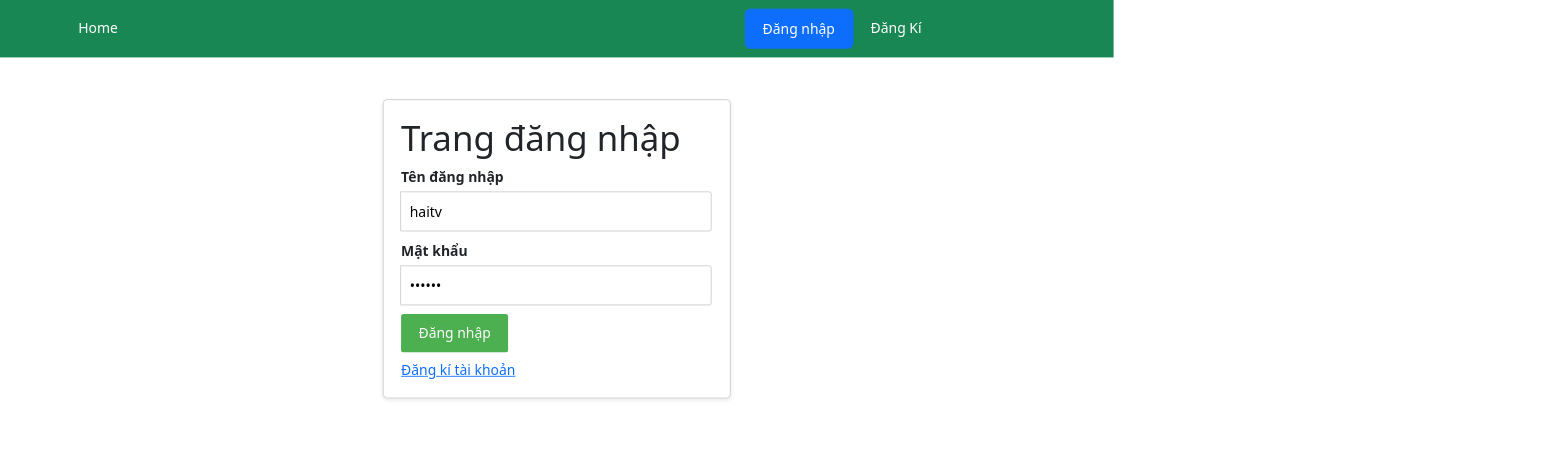
Repository: tung1999zxc/vue-project
Page: /login
The author's editor kept a copy of each file at every save. The page is drawn from the files as they stood at one save, then again after the next save.
The browser window is 1280 px wide. The page is 1280 px wide, then 1801 px, so the pictures cover 1801 px, including what lies to the right of the window. The pictures show the whole page, at 87% of full size.
The project was rebuilt for these pictures with package versions that can differ from the ones it lists, and the page was loaded fresh each time. Also part of the build but not shown: vite.config.ts, src/components/test.vue, src/views/HomeView.vue, src/components/Regis.vue.

Above is the page before, as saved 2023-08-01 10:02:40.

### src/main.js


import { createApp } from 'vue'
import { createPinia } from 'pinia'


import App from './App.vue'
import router from './router/index'
// import store from './store'


import 'bootstrap/dist/css/bootstrap.css'

const app = createApp(App)
app.use(createPinia())
app.use(router)
// app.use(store)
app.mount('#app')

### src/App.vue
<template>
  <Menu/>
  <router-view></router-view>


</template>
<script setup lang="ts">
import axios from 'axios';
import { RouterLink, RouterView } from 'vue-router'
import Menu from './components/Menu.vue'


//import login from './components/login.vue'

// export default {
//   components: {
//     Menu,login2
//   },
// };

</script>

<style scoped>

</style>

### src/router/index.js
import { createRouter, createWebHistory } from 'vue-router'
import HomeView from '../views/HomeView.vue'
import Login from '../components/Login.vue'
import Regis from '../components/Regis.vue'

const router = createRouter({
  history: createWebHistory(import.meta.env.BASE_URL),
  routes : [
    {path: '/',component: HomeView,},
    {path: '/login',component:Login,},
    {path: '/Regis',component: Regis,},


  ]
})

export default router

### src/components/Menu.vue
<template>
    <div class="menu bg-success">
      <ul class="">
        <li><router-link to="/">Home</router-link></li>

        <li v-if="!isAuthenticated" class="ml-auto btn border-primary bg-primary" style="margin-left : 700px;">
         <router-link to="/Login">Đăng nhập</router-link>
         </li>
        <li v-else class="ml-auto btn border-primary bg-primary" style="margin-left : 700px;">
         <a @click="logoutUser">Đăng xuất</a>
         </li>

        <li><router-link to="/Regis">Đăng Kí</router-link></li>
      </ul>
    </div>
  </template>

  <script>
  import 'bootstrap/dist/css/bootstrap.css';
  import { mapGetters } from 'vuex';
  export default {
    computed: {
    ...mapGetters('auth', ['isAuthenticated']), // Sử dụng getter isAuthenticated từ Vuex module auth
  },
    data() {
        return {
        //    token: localStorage.getItem('token'),
           isAuthenticated: null,
        }
    },

    methods: {

        checkAuthentication() {
      // Kiểm tra xem mã thông báo JWT đã tồn tại trong localStorage hay không
      const token = localStorage.getItem('token');
      // Hoặc bạn có thể sử dụng Vuex nếu bạn đang lưu trữ mã thông báo JWT trong Vuex
      // const token = this.$store.state.token;

      // Nếu tồn tại mã thông báo JWT và không hết hạn, xác định rằng người dùng đã đăng nhập
      if (token) {
        // Phân tích mã thông báo JWT để xem liệu nó còn hợp lệ hay đã hết hạn
        // Nếu mã thông báo hợp lệ, người dùng đã đăng nhập
        return true;
      } else {
        // Nếu không tồn tại mã thông báo JWT hoặc mã thông báo đã hết hạn, người dùng chưa đăng nhập
        return false;
      }
    },
        logoutUser(){
      // Xóa mã thông báo JWT khỏi localStorage khi đăng xuất
      localStorage.removeItem('token');
      // Hoặc đặt lại giá trị isAuthenticated về false khi đăng xuất
      this.isAuthenticated = false;
      alert('đăng xuất thành  công');



    },
    },

  };
  </script>

  <style scoped>
  .menu {
    background-color: #f0f0f0;
  }

  ul {
    list-style: none;
    padding: 10px;
    margin: 0;
    margin-left: 60px;
    display: flex;
  }

  li {
    padding: 10px 20px;
  }

  a {
    text-decoration: none;
    color: white;
    font-weight: 500;
  }
  </style>

### src/components/login.vue
<template>
  <div  id="app" class="container mt-5 ">


      <!-- <div  class="row justify-content-center  ">
       <div class="col"> -->
          <h1>Trang đăng nhập</h1>
          <div class="input-group">
              <label for="username">Tên đăng nhập</label>
              <input v-model="username" type="text" id="username" placeholder="Tên đăng nhập">
          </div>
          <div class="input-group ">
              <label for="password">Mật khẩu</label>
              <input v-model="password" type="password" id="password" placeholder="Mật khẩu">
          </div>
          <button class="login-btn mb-2" @click="login">Đăng nhập</button>
          <div class="mx-auto"><router-link to="/Regis"><span class="text-primary">Đăng kí tài khoản</span></router-link></div>
       </div>

    <!-- </div>
   </div> -->
</template>


  <script>
  import axios from 'axios';


  export default {

    data() {
      return {
        username: "haitv",
        password: "123456",

      };
    },

    methods: {
      login() {
        // Lấy thông tin đăng nhập từ data
        const username = this.username;
        const password = this.password;

        // Gửi yêu cầu đăng nhập đến server
        axios.post('https://api.tranhai.net/api/auth/login', {
          username: username,
          password: password
        })
        .then(response => {
          const data = response.data;
          localStorage.setItem('token', data.access_token);
          alert('Đăng nhập thành công');

          this.$router.push('/')

          // console.log(data)
          // this.token = data.access_token;
        })
        .catch(error => {
          // Xử lý lỗi đăng nhập
          console.error(error);
          alert('Đăng nhập thất bại!');
        });
      }
    },
  };
  </script>

  <style scoped>
  body {
    font-family: Arial, sans-serif;
  }

  .container {
    max-width: 400px;
    margin: 0 auto;
    padding: 20px;
    border: 1px solid #ccc;
    border-radius: 5px;
    box-shadow: 0 2px 5px rgba(0, 0, 0, 0.1);
  }

  .input-group {
    margin-right: 20px;
    margin-bottom: 10px;
  }

  .input-group label {
    display: block;
    font-weight: bold;
    margin-bottom: 5px;
  }

  .input-group input {
    width: 100%;
    padding: 10px;
    border: 1px solid #ccc;
    border-radius: 3px;
  }

  .login-btn {
    background-color: #4CAF50;
    color: #fff;
    padding: 10px 20px;
    border: none;
    border-radius: 3px;
    cursor: pointer;
  }

  </style>

Loaded but not shown: index.html (common file)

After the next save:
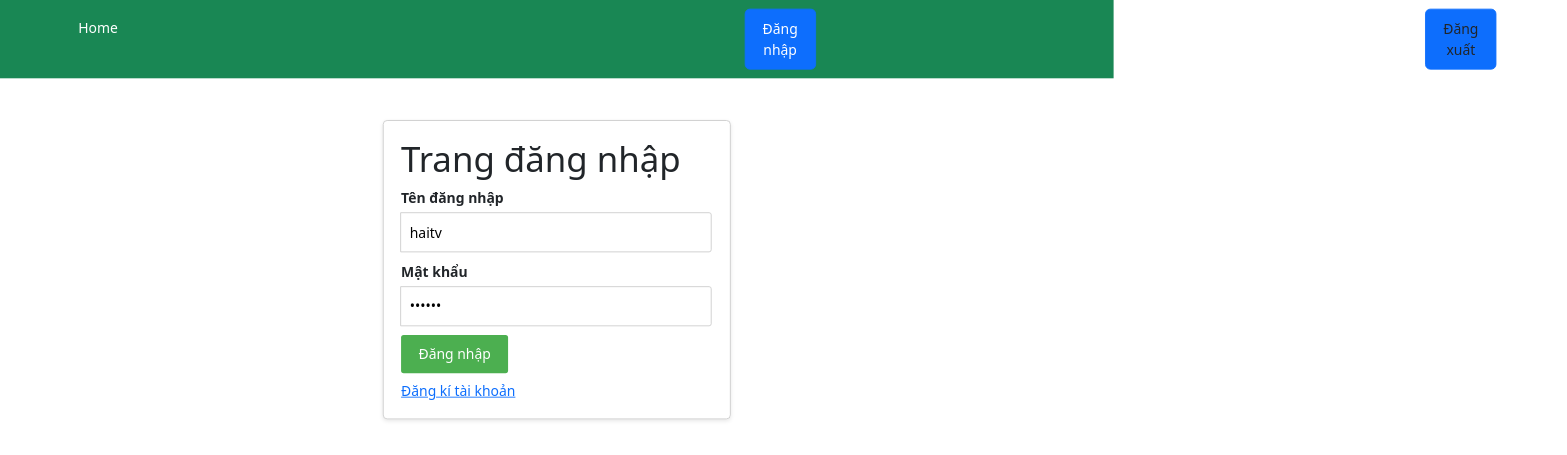
Saved 36 s later.
--- a/src/components/Menu.vue
+++ b/src/components/Menu.vue
@@ -6,7 +6,7 @@
         <li v-if="!isAuthenticated" class="ml-auto btn border-primary bg-primary" style="margin-left : 700px;">
          <router-link to="/Login">Đăng nhập</router-link>
          </li>
-        <li v-else class="ml-auto btn border-primary bg-primary" style="margin-left : 700px;">
+        <li class="ml-auto btn border-primary bg-primary" style="margin-left : 700px;">
          <a @click="logoutUser">Đăng xuất</a>
          </li>
 
